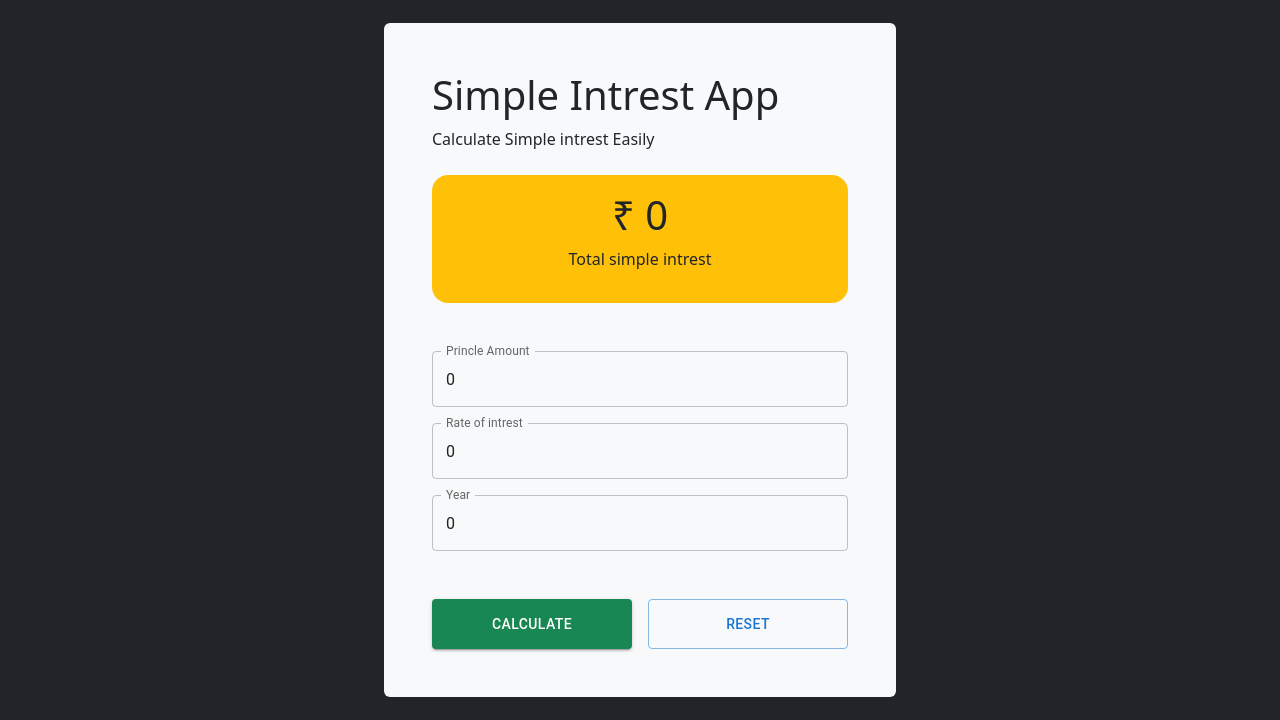
Repository: Afraz13/simple-intrest
Page: /
These files come from the project's save history. The page is drawn as it stood at one moment and after the next save; the edit follows.
The browser window is 1280 px wide. The pictures show the whole page.
The project was rebuilt for these pictures with package versions that can differ from the ones it lists, and the page was loaded fresh each time. Also part of the build but not shown: src/index.css, src/App.css.

Above is the page before, as saved 2024-07-16 11:00:25.

### public/index.html
<!DOCTYPE html>
<html lang="en">
  <head>
    <meta charset="utf-8" />

    <meta name="viewport" content="width=device-width, initial-scale=1" />
    <link href="https://cdn.jsdelivr.net/npm/bootstrap@5.3.3/dist/css/bootstrap.min.css" rel="stylesheet" integrity="sha384-QWTKZyjpPEjISv5WaRU9OFeRpok6YctnYmDr5pNlyT2bRjXh0JMhjY6hW+ALEwIH" crossorigin="anonymous">

    <title>Simple Intrest</title>
  </head>
  <body>

    <div id="root"></div>

  </body>
</html>

### src/App.js

import './App.css';
import { TextField } from '@mui/material';
import Stack from '@mui/material/Stack';
import { Button } from '@mui/material';
import { useState } from 'react';


function App() {

  const [interest, setInterest]=useState(0)
  const [principle, setPrinciple] = useState(0)
  const [rate, setRate]=useState(0)
  const [year, setYear]=useState(0)


  return (
    <div style={{height:'100vh'}} className='d-flex justify-content-center align-items-center w-100 bg-dark'>
    <div className='bg-light p-5 rounded'>
    <h1>Simple Intrest App</h1>
    <p>Calculate Simple intrest Easily</p>
    <div className='bg-warning d-flex justify-content-center align-items-center p-3 flex-column rounded-4 mt-4 '>
      <h1>₹ {interest}</h1>
      <p>Total simple intrest</p>
    </div>
    <form action="" className='mt-5'>
     <div className='mb-3'>
     <TextField value={principle}  className='w-100' id="outlined-basic" label="Princle Amount" variant="outlined" />
     </div>
     <div className='mb-3'>
     <TextField value={rate} className='w-100' id="outlined-basic" label="Rate of intrest" variant="outlined" />
     </div>
     <div className='mb-3'>
     <TextField value={year} className='w-100' id="outlined-basic" label="Year" variant="outlined" />
     </div>
     <Stack className='mt-5' direction="row" spacing={2}>
     <Button className='bg-success' style={{width:'200px',height:'50px'}} variant="contained">Calculate</Button>
     <Button variant="outlined" style={{width:'200px',height:'50px'}}>Reset</Button>
</Stack>
    </form>
    </div>
    </div>
  );
}

export default App;

Loaded but not shown: src/index.js (common file)

After the next save:
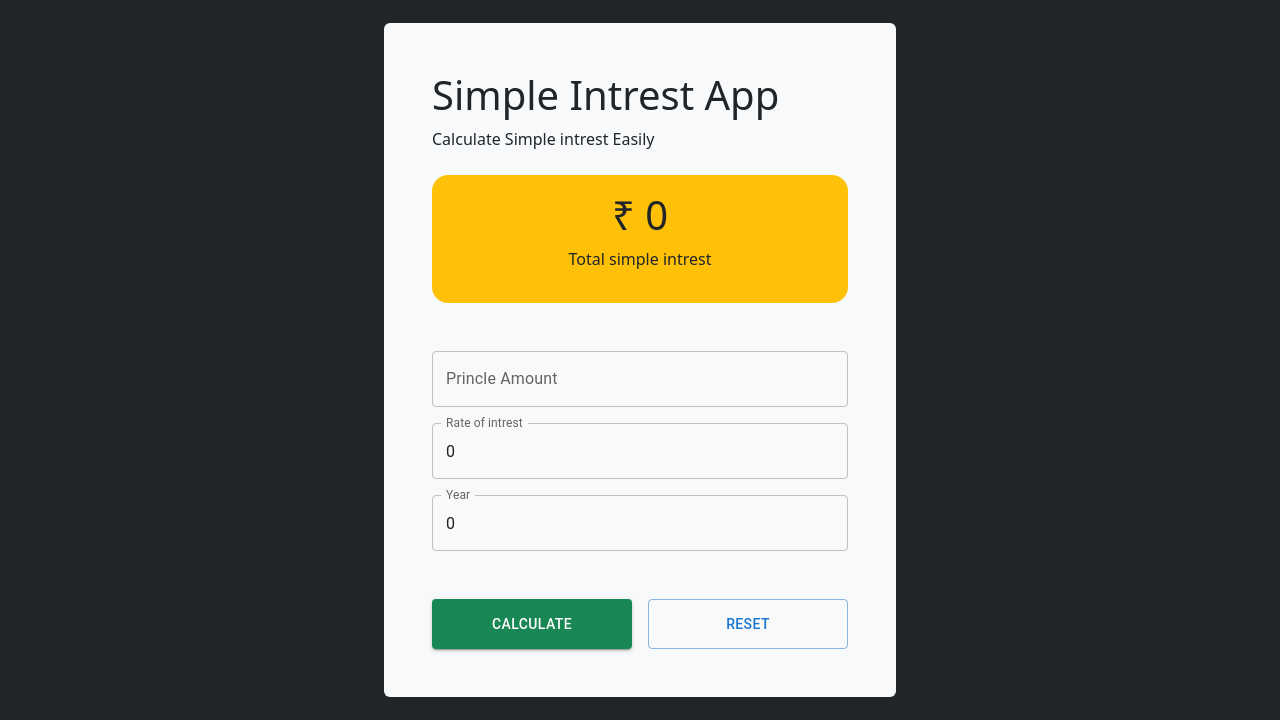
Saved 5 s later.
--- a/src/App.js
+++ b/src/App.js
@@ -25,7 +25,7 @@ function App() {
     </div>
     <form action="" className='mt-5'>
      <div className='mb-3'>
-     <TextField value={principle}  className='w-100' id="outlined-basic" label="Princle Amount" variant="outlined" />
+     <TextField value={principle || ""}  className='w-100' id="outlined-basic" label="Princle Amount" variant="outlined" />
      </div>
      <div className='mb-3'>
      <TextField value={rate} className='w-100' id="outlined-basic" label="Rate of intrest" variant="outlined" />
